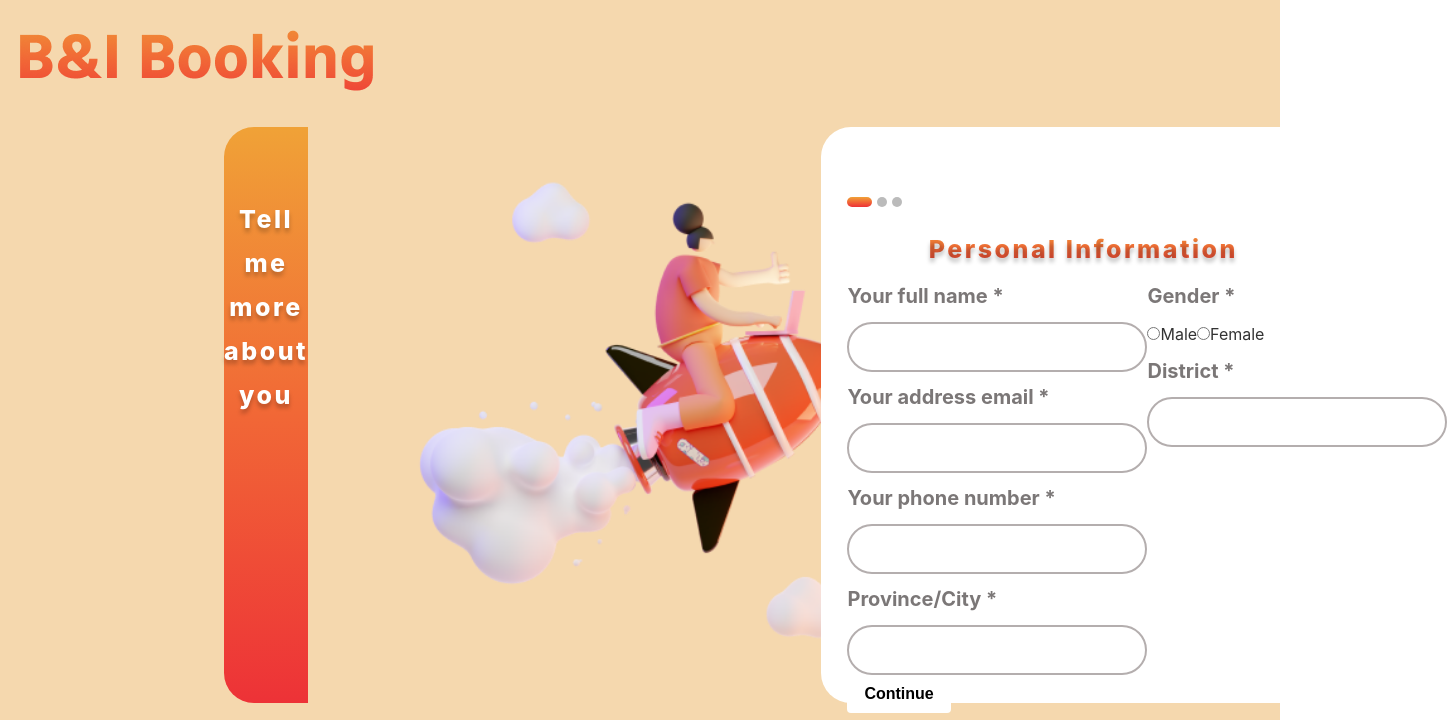
Repository: Grand-Line-PNV/FE-BIBooking
Page: /
An editor plug-in stored every save of this project. The page is shown before and after a run of saves, followed by the edit.
The browser window is 1280 px wide. The page is 1447 px wide, then 1280 px, so the pictures cover 1447 px, including what lies to the right of the window. The pictures show the whole page.
The project was rebuilt for these pictures with package versions that can differ from the ones it lists, and the page was loaded fresh each time. Also part of the build but not shown: src/App.css.

Above is the page before, as saved 2023-02-06 09:39:55.

### public/index.html
<!DOCTYPE html>
<html lang="en">

<head>
  <meta charset="utf-8" />
  <link rel="icon" href="%PUBLIC_URL%/logoBIBooking.png" />
  <meta name="viewport" content="width=device-width, initial-scale=1" />
  <meta name="theme-color" content="#000000" />
  <meta name="description" content="Web site created using create-react-app" />
  <link rel="apple-touch-icon" href="%PUBLIC_URL%/logoBIBooking.png" />
  <!--
      manifest.json provides metadata used when your web app is installed on a
      user's mobile device or desktop. See https://developers.google.com/web/fundamentals/web-app-manifest/
    -->
  <link rel="manifest" href="%PUBLIC_URL%/manifest.json" />
  <!--
      Notice the use of %PUBLIC_URL% in the tags above.
      It will be replaced with the URL of the `public` folder during the build.
      Only files inside the `public` folder can be referenced from the HTML.

      Unlike "/favicon.ico" or "favicon.ico", "%PUBLIC_URL%/favicon.ico" will
      work correctly both with client-side routing and a non-root public URL.
      Learn how to configure a non-root public URL by running `npm run build`.
    -->
  <title>B&IBooking</title>
</head>

<body>
  <noscript>You need to enable JavaScript to run this app.</noscript>
  <div id="root"></div>
  <!--
      This HTML file is a template.
      If you open it directly in the browser, you will see an empty page.

      You can add webfonts, meta tags, or analytics to this file.
      The build step will place the bundled scripts into the <body> tag.

      To begin the development, run `npm start` or `yarn start`.
      To create a production bundle, use `npm run build` or `yarn build`.
    -->
</body>

</html>

### src/App.js
import "./App.css";
import { Provider } from "react-redux";
import store from "./redux";
import { faChevronLeft } from "@fortawesome/free-solid-svg-icons";
import { FontAwesomeIcon } from "@fortawesome/react-fontawesome";
import classNames from "classnames/bind";
import Button from "./components/Button/Button";
import PersonalInformation from "../src/view/pages/Influencers/PersonalInformation/index";

const cx = classNames.bind();

function App() {
  return (
    <Provider store={store}>
      <PersonalInformation />
    </Provider>
  );
}

export default App;

### src/styles/GlobalStyles.js
import "./GlobalStyles.scss";

function GlobalStyles({ children }) {
  return children;
}
export default GlobalStyles;

### src/redux/index.js
import { configureStore } from "@reduxjs/toolkit";

const store = configureStore({
	reducer: {
	},
});

export default store;

### src/components/Button/Button.js
import classNames from "classnames/bind"
import { Link } from "react-router-dom";
import styles from './Button.module.scss'

const cx = classNames.bind(styles)

function Button({
    children,
    small=false,
    large=false,
    primary = false,
    outline = false,
    rounded= false,
    text = false,
    disabled = false,
    to, href,className,leftIcon,rightIcon, onClick, ...passProps}) {
    let Comp = 'button';
    const props = {
        onClick,
        ...passProps
    }
    //Remove event listener when btn is disabled

    if(disabled) {
        Object.keys(props).forEach(key =>{
            if(key.startsWith('on') && typeof props[key] === 'function'){
                delete props[key];
            }
        })
    }
    if(to){
        props.to = to
        Comp = Link
    }else if(href){
        props.href = href
        Comp = 'a'
    }
    const classes = cx('wrapper',{
        [className]:className,
        primary,
        outline,
        rounded,
        small,
        large,
        text,
        disabled
    })
    return (
        <Comp className={classes} {...props}>
            {leftIcon && <span className={cx('icon')}>{leftIcon}</span>}
            <span className={cx('title')}>{children}</span>
            {rightIcon && <span className={cx('icon')}>{rightIcon}</span>}

        </Comp>
    )
}

export default Button;

### src/view/pages/Influencers/PersonalInformation/index.js
import React from "react";
import classNames from "classnames/bind";
import styles from "./PersonalInformation.module.scss";
import { Logo, Saly1 } from "../../../../assets/images";
import Button from "../../../../components/Button/Button";

const cx = classNames.bind(styles);

export default function PersonalInformation() {
  return (
    <>
      <div>
        <div className={cx("personalInfor")}>
          <img
            style={{ objectFit: "cover", padding: "30px 20px" }}
            src={Logo}
            alt="LogoB&IBooking"
          />
          <div className={cx("container")}>
            <div className={cx("personalInfor__container")}>
              <div className={cx("block_left")}>
                <p className={cx("personalInfor_title")}>
                  Tell me more about you
                </p>
              </div>
                <img className={cx("saly1_img")} src={Saly1} alt="Saly1" />
              <div className={cx("block_right")}>
                <div className={cx("block__container")}>
                  <div className={cx("dots")}>
                    <span className={cx("dot", "active")}></span>
                    <span className={cx("dot")}></span>
                    <span className={cx("dot")}></span>
                  </div>
                  <div className={cx("information")}>
                    <p className={cx("information__title")}>
                      Personal Information
                    </p>
                    <form className={cx("form")}>
                      <div className={cx("form-control-left")}>
                        <div className={cx("form-group")}>
                          <label className={cx("form-label")}>Your full name *</label>
                          <input className={cx("form-input")} type="email" required />
                        </div>
                        <div className={cx("form-group")}>
                          <label className={cx("form-label")}>Your address email *</label>
                          <input className={cx("form-input")} type="email" required />
                        </div>
                        <div className={cx("form-group")}>
                          <label className={cx("form-label")}>Your phone number *</label>
                          <input className={cx("form-input")} type="email" required />
                        </div>
                        <div className={cx("form-group")}>
                          <label className={cx("form-label")}>Province/City *</label>
                          <input className={cx("form-input")} type="email" required />
                        </div>
                      </div>
                      <div className={cx("form-control-right")}>
                        <div className={cx("form-group")}>
                          <label className={cx("form-label")}>Gender *</label>
                          <div className={cx("input-radio")}>
                            <input type="radio" required />
                            <label>Male</label>
                            <input type="radio" required />
                            <label>Female</label>
                          </div>
                        </div>
                        <div className={cx("form-group")}>
                          <label className={cx("form-label")}>District *</label>
                          <input className={cx("form-input")} type="email" required />
                        </div>
                      </div>
                    </form>
                    <Button>Continue</Button>
                  </div>
                </div>
              </div>
            </div>
          </div>
        </div>
      </div>
    </>
  );
}

### src/styles/GlobalStyles.scss
:root{
    --white:  rgba(255, 255, 255, 1.0);
    --primary: #fe2c55;
    --black: #000;
    --text-color: #333;
}
*{
    margin: 0;
    padding: 0;
    box-sizing: border-box;
}
html{
    font-size:62.5%;
}
body{
    text-rendering: optimizeSpeed;
    font-family: 'ProximaNova', sans-serif;
    font-size: 1.6rem;
    line-height: 1.5;
    color: var(--text-color)
}
button, input,[tabindex]{
    outline: none;
    border: none;
}
a[href]{
    color: var(--text-color);
    text-decoration: none
}

### src/components/Button/Button.module.scss
.wrapper{
    display: inline-flex;
    align-items: center;
    justify-content: center;
    font-size: 1.6rem;
    font-weight:700;
    font-family: 'ProximaNova', sans-serif;
    min-width: 100px;
    padding: 9px 16px;
    border-radius: 4px;
    cursor: pointer;
    background-color: var(--white);
    border: 1px solid transparent;
    user-select: none;

    + .wrapper{
        margin-left:8px;
    }
    &.disabled{
        pointer-events: none;
        opacity: 0.6;
    }
}
//Button types
.rounded{
    border-radius:999px;
    border-width: 1px;
    border-style: solid;
    box-shadow: 0 2px 8px rgb(0 0 0 / 6%);
    border-color: rgba(22, 24, 35, 0.12);

    &:hover{
        border-color: rgba(22, 24, 35, 0.2);
        background-color: rgba(22, 24, 35, 0.03);
    }
}

.primary{
    color: var(--white);
    background-color: var(--primary);
    border-color: var(--primary);
    &:hover{
        border-color: var(--primary);
        background: linear-gradient(0deg, rgba(0, 0, 0, 0.06), rgba(0, 0, 0, 0.06)),#FE2C55;
    }
}
.outline{
    color: var(--primary);
    border-color: currentColor;
    &:hover{
        border-color: currentColor;
        background-color: rgba(254, 44, 85, 0.06);
    }
}
.text{
    &:hover{
        text-decoration: underline;
    }
}
//Disabled

// Button sizes
.small{
    min-width: 88px;
    padding: 4px 16px;
}
.large{
    padding: 14px 16px;
    min-width: 140px;
}
.icon + .title, .title + .icon{
    margin-left: 8px;
}
.icon{
    display: inline-block;
    width: 24px;
    text-align: center;
}

### src/view/pages/Influencers/PersonalInformation/PersonalInformation.module.scss
:root {
  // color
  --Wheat-color: #f5d8ae;
  --SonicSilver-color: #7b7777;
  --Linear-orange-color: linear-gradient(
    180deg,
    #f0a237 0%,
    #f16736 50.31%,
    #ed3237 100%
  );
  --Inter-font-family: "Inter", sans-serif;
}
.personalInfor {
  width: 100%;
  height: 100vh;
  background-color: var(--Wheat-color);
  font-family: var(--Inter-font-family);
  & .container {
    width: 65%;
    // height: 50vh;
    // background-color: white;
    margin: 0 auto;
    border-radius: 20px;
    & .personalInfor__container {
      width: 100%;
      height: 80vh;
      display: flex;
      & .block_left {
        width: 37%;
        background: var(--Linear-orange-color);
        text-align: center;
        position: relative;
        border-top-left-radius: 30px;
        border-bottom-left-radius: 30px;
        & .personalInfor_title {
          padding-top: 70px;
          font-style: normal;
          font-weight: 800;
          font-size: 25px;
          line-height: 44px;
          letter-spacing: 0.1em;
          color: #ffffff;
          text-shadow: 0px 4px 4px rgba(0, 0, 0, 0.25);
        }
        & .saly1_img {
          width: 67rem;
          object-fit: cover;
          position: absolute;
          z-index: 1;
          bottom: 0;
          left: 0;
          transform: translateX(-60px);
        }
      }
      & .block_right {
        width: 63%;
        background-color: white;
        border-radius: 30px;
        transform: translateX(-25px);
        & .block__container {
          width: 90%;
          height: 65vh;
          margin: 0 auto;
          margin-top: 70px;
          position: relative;
          & .dots {
            display: flex;
            gap: 5px;
            & .dot {
              height: 10px;
              width: 10px;
              background-color: #bbb;
              border-radius: 100rem;
            }
            & .active {
              background: var(--Linear-orange-color);
              width: 25px;
            }
          }
          & .information {
            // position: relative;
            // z-index: 100;
            & .information__title {
              margin-top: 20px;
              background: linear-gradient(
                180deg,
                #f0a237 0%,
                #f16736 50.83%,
                #ed3237 100%
              );
              background-clip: text;
              color: transparent;
              font-style: normal;
              font-weight: 800;
              font-size: 25px;
              line-height: 44px;
              letter-spacing: 0.1em;
              text-shadow: 0px 4px 4px rgba(0, 0, 0, 0.25);
              text-align: center;
            }
            & .form {
              display: flex;
              & .form-control-left {
              }
              & .form-group {
                display: flex;
                flex-direction: column;
                & .form-label {
                  color: var(--SonicSilver-color);
                  font-style: normal;
                  font-weight: 700;
                  font-size: 20px;
                  line-height: 51px;
                }
                & .form-input {
                  background: #ffffff;
                  border: 2px solid #b4aeae;
                  border-radius: 99px;
                  width: 300px;
                  height: 50px;
                  font-size: 20px;
                  text-align: center;
                }
              }
            }
          }
        }
      }
    }
  }
}

### src/assets/images/index.js
import Logo from "./LogoB&IBooking.png";
import Saly1 from "./Saly1.png";

export { Logo, Saly1 };

Loaded but not shown: src/index.js (common file); src/index.css (common file); src/reportWebVitals.js (common file)

After the next 2 saves:
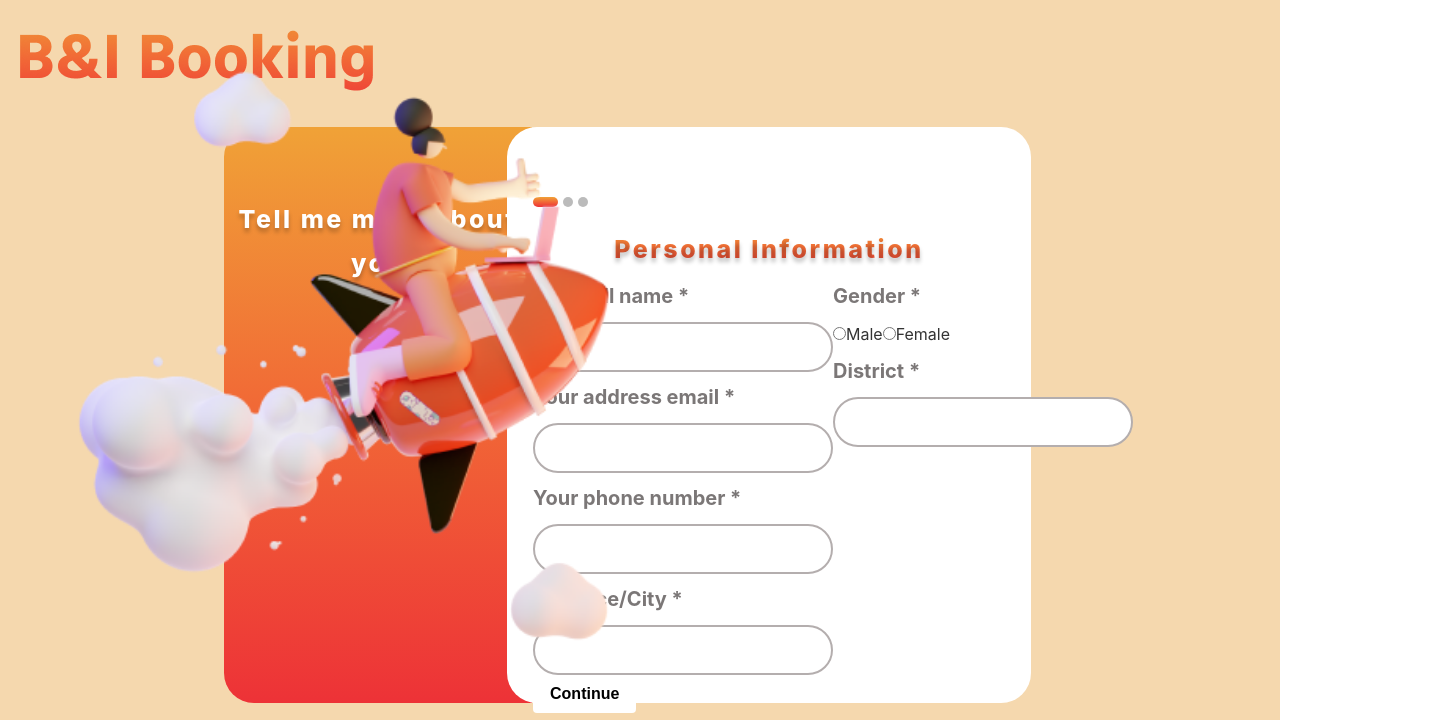
The 2 saves are shown as one change because they came seconds apart.
The last was saved 25 s later.
--- a/src/view/pages/Influencers/PersonalInformation/PersonalInformation.module.scss
+++ b/src/view/pages/Influencers/PersonalInformation/PersonalInformation.module.scss
@@ -42,15 +42,24 @@
           color: #ffffff;
           text-shadow: 0px 4px 4px rgba(0, 0, 0, 0.25);
         }
-        & .saly1_img {
-          width: 67rem;
-          object-fit: cover;
-          position: absolute;
-          z-index: 1;
-          bottom: 0;
-          left: 0;
-          transform: translateX(-60px);
-        }
+        // & .saly1_img {
+        //   width: 67rem;
+        //   object-fit: cover;
+        //   position: absolute;
+        //   z-index: 1;
+        //   bottom: 0;
+        //   left: 0;
+        //   transform: translateX(-60px);
+        // }
+      }
+      & .saly1_img {
+        width: 67rem;
+        object-fit: cover;
+        position: absolute;
+        z-index: 1;
+        bottom: 0;
+        left: 0;
+        transform: translateX(-60px);
       }
       & .block_right {
         width: 63%;
